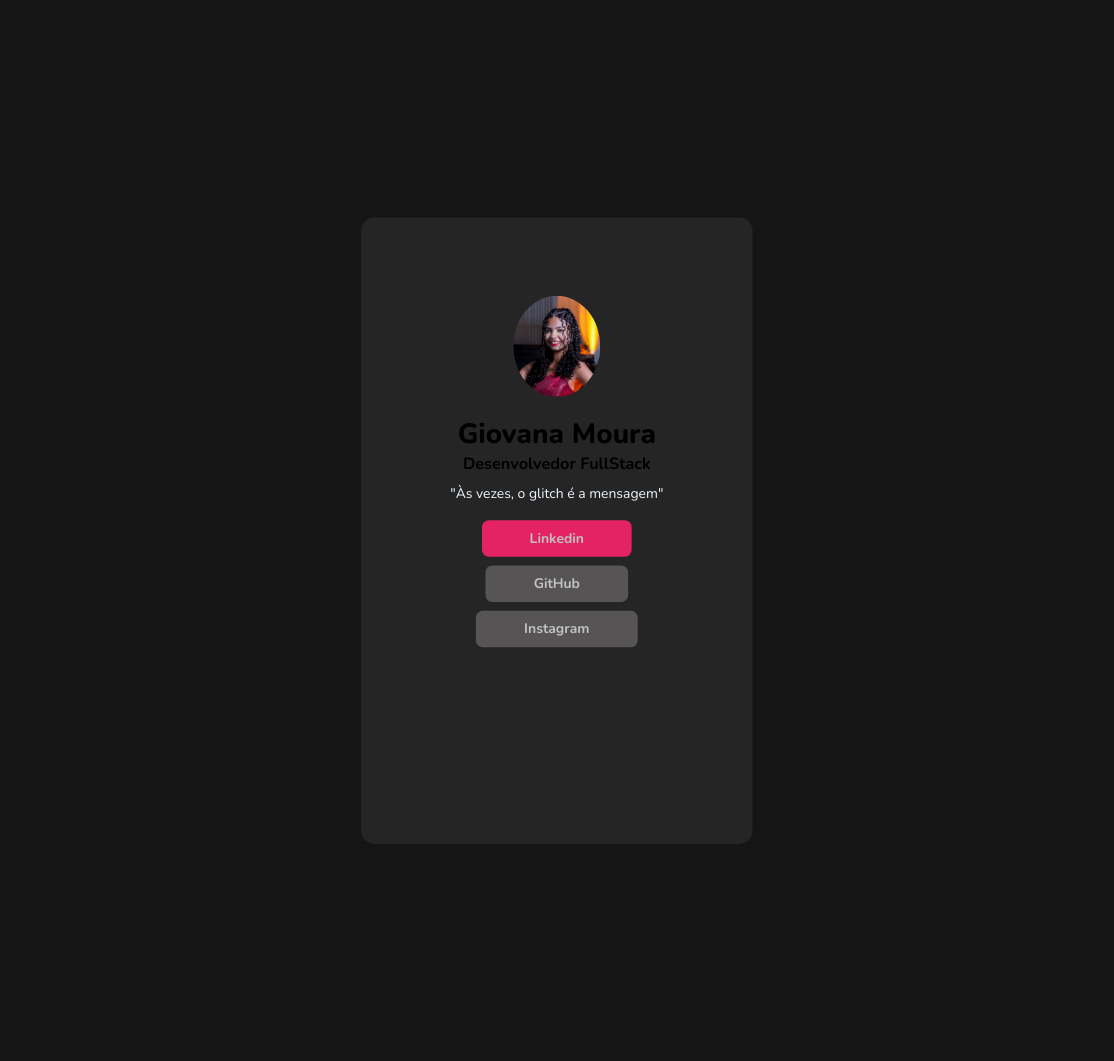
Repository: gimoli/linktree-giovana
Page: index.html
The author's editor kept a copy of each file at every save. The page is drawn from the files as they stood at one save, then again after the next save.
The browser window is 1280 px wide. The pictures show the whole page, at 87% of full size.
The pointer rests on the first visible `.container-social li`.

Above is the page before, as saved 2025-04-11 09:22:17.

### index.html
<!DOCTYPE html>
<html lang="en">
<head>
    <meta charset="UTF-8">
    <meta name="viewport" content="width=device-width, initial-scale=1.0">
    <title>linktree Giovana</title>
    <link rel="stylesheet" href="style.css">
    <link rel="preconnect" href="https://fonts.googleapis.com">
<link rel="preconnect" href="https://fonts.gstatic.com" crossorigin>
<link href="https://fonts.googleapis.com/css2?family=Nunito:ital,wght@0,200..1000;1,200..1000&display=swap" rel="stylesheet">
</head>
<body>
    <div class="container-main">
        <div class="container-imagem">
            <img src="./image-profile.jfif" alt="foto perfil"/>
        </div>
        <div class="container-infos">
            <h1>Giovana Moura</h1>
            <h3>Desenvolvedor FullStack</h3>
        </div>
        <div class="container-easter-egg">
            <p>"Às vezes, o glitch é a mensagem"</p>
        </div>
        <div class="container-social">
            <ul>
                <label for="Linkedin">
                    <li>
                        <a href="https://www.linkedin.com/in/giovana-moura-3543032bb/" target="_blank" class="botao-linktree-1">
                            Linkedin
                        </a>
                    </li>
                </label>
                <label for="GitHub">
                <li>
                    <a href="https://github.com/gimoli" target="_blank" class="botao-linktree-2">
                        GitHub
                    </a>
                </li>
            </label>
                <label for="Instagram">
                <li>
                    <a href="https://www.instagram.com/gimoli_n?igsh=cTNvNDJ0M3owb3Vs&utm_source=qr" target="_blank" class="botao-linktree-3">
                        Instagram
                    </a>
                </li>
            </label>
            </ul>
        </div>
    </div>
</body>
</html>

### style.css
*{
    font-family: "Nunito", sans-serif;
    margin: 0;
    padding: 0;
    box-sizing: border-box;
}

body {
    background-color: rgb(21, 21, 21);
}

.container-main {
    background-color: rgb(37, 37, 37);
    width: 450px;
    height: 720px;
    box-sizing: border-box;
    margin: 250px auto;
    padding: 90px;
    border-radius: 15px;
    text-align: center;
}

.container-imagem img{
    margin: 0 60px;
    width: 100px;
    border-radius: 100%;
}

.container-infos {
    margin-top: 15px;
    margin-bottom: 10px;
}

.container-infos h1 {
    font-weight: 800;
}

.container-infos h2{
  color: #e32363;
    margin-top: 10px;
    margin-bottom: px;
    font-weight: 600;
    font-size: 18px;
}

.container-easter-egg {
    margin-bottom: 15px;
    color: aliceblue;
}

.container-social ul{
    list-style-type: none;

}

.container-social li {
  display: inline-block;
  padding: 10px 55px;
  margin: 5px 0;
  background-color: #575455; /* cor do Instagram */
  color: white;
  text-decoration: none;
  border-radius: 8px;
  font-weight: bold;
  text-align: center;
  transition: background-color 0.3s ease;
}

.Linkedin {
  background-color: aqua;
}
.container-social li:hover{
  background-color: #e32363;
}

.container-social a{
    text-decoration: none;
    color: rgb(194, 194, 194);
}

After the next save:
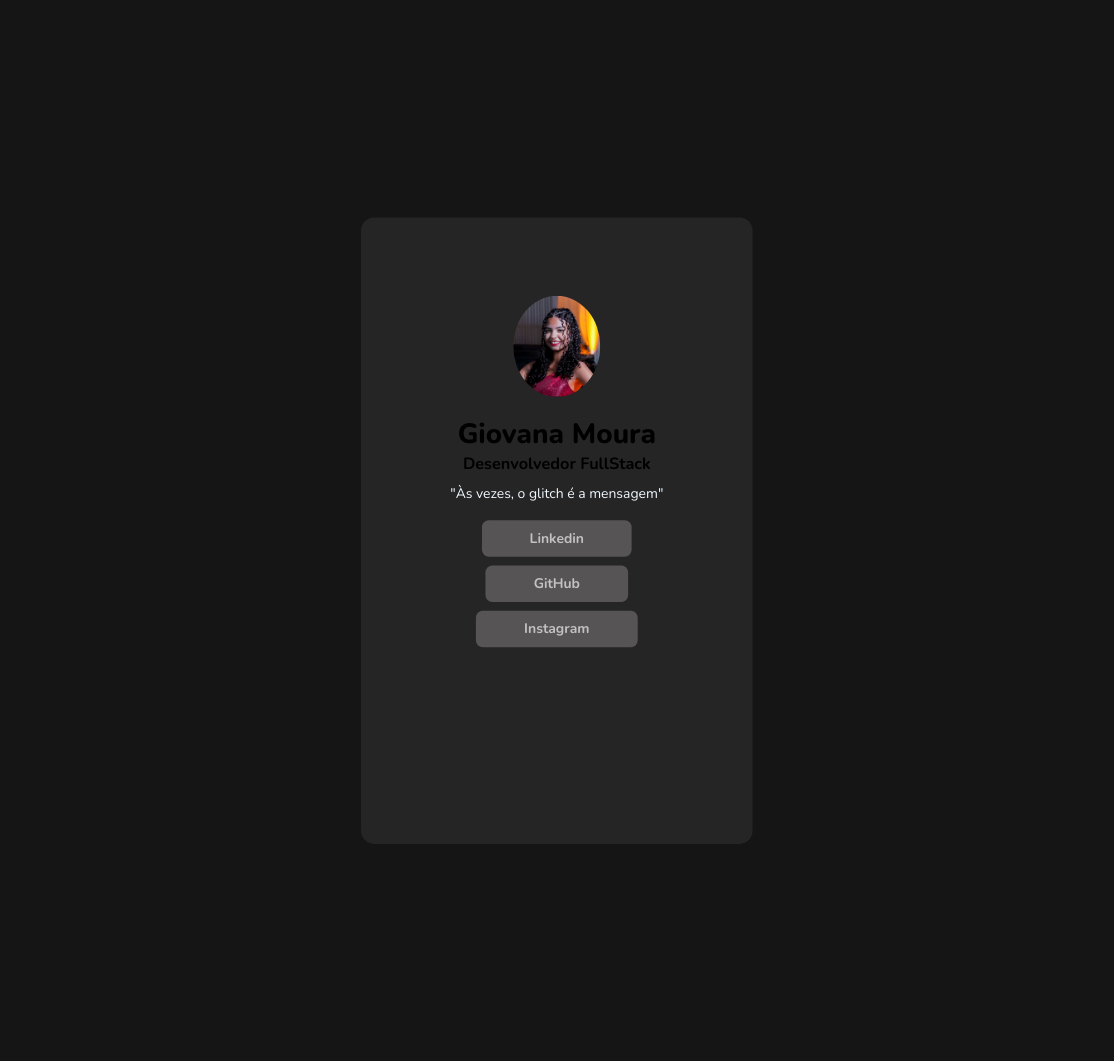
Saved 21 s later.
--- a/style.css
+++ b/style.css
@@ -70,7 +70,7 @@
   background-color: aqua;
 }
 .container-social li:hover{
-  background-color: #e32363;
+  background-color: #e3263;
 }
 
 .container-social a{

After the 5 saves that followed:
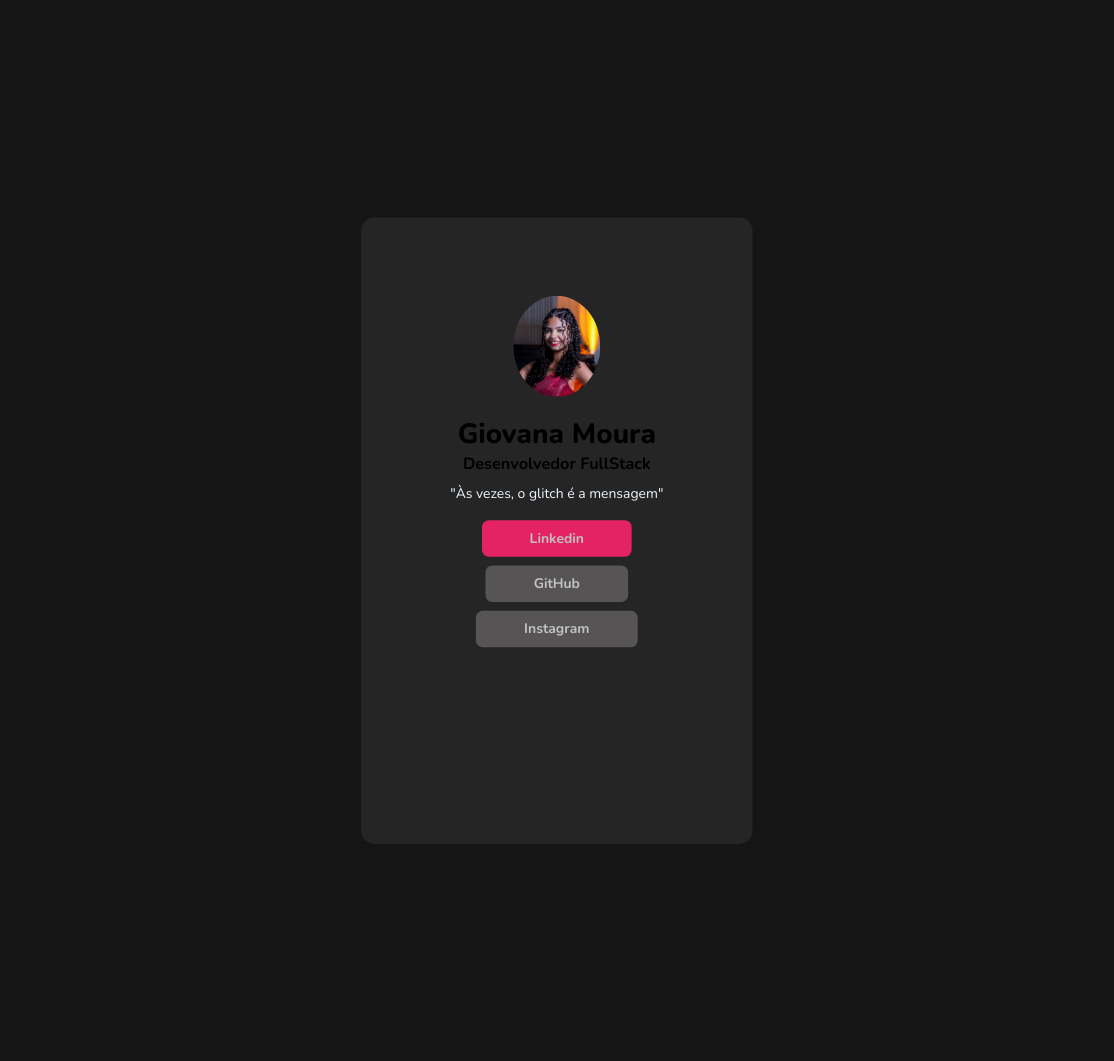
The 5 saves are shown as one change because they came seconds apart.
The last was saved 21 s later.
--- a/style.css
+++ b/style.css
@@ -70,7 +70,7 @@
   background-color: aqua;
 }
 .container-social li:hover{
-  background-color: #e3263;
+  background-color: #e32363;
 }
 
 .container-social a{
